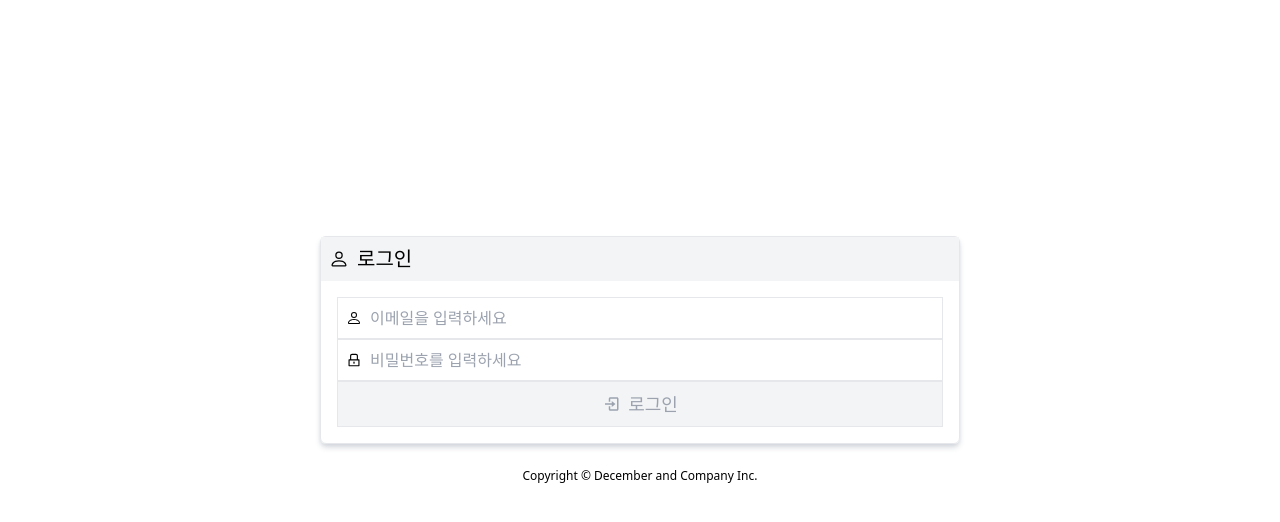
Repository: wanted-pre-onboarding-4/pre-onboarding-assignment-week-4-1-team-4
Page: /login (app in client/)
These files come from the project's save history. The page is drawn as it stood at one moment and after the next save; the edit follows.
The browser window is 1280 px wide. The pictures show the whole page.
The project was rebuilt for these pictures with package versions that can differ from the ones it lists, and the page was loaded fresh each time. Also part of the build but not shown: client/src/components/Footer.jsx, client/src/components/Header.jsx, client/src/components/Sider.jsx, client/src/components/Layout.jsx.

Above is the page before, as saved 2022-09-20 21:22:21.

### client/src/index.js
import React from 'react';
import ReactDOM from 'react-dom/client';
import App from './App';
import "./index.css"
const root = ReactDOM.createRoot(document.getElementById('root'));
root.render(
  <React.StrictMode>
    <App />
  </React.StrictMode>
);

### client/src/App.js
import { BrowserRouter as Router, Routes, Route } from 'react-router-dom';
import Layout from './components/Layout';
import Login from './pages/login/Login';

function App() {
  return (
    <Router>
      <Routes>
        <Route path="/login" element={<Login/>} />
        <Route element={<Layout />}>
          <Route path="/" element={<div>홈</div>} />
          <Route path="/users" element={<div>유저 목록 페이지</div>} />
          <Route path="/users/:user_id" element={<div>유저 상세 페이지</div>} />
          <Route path="/accounts" element={<div>계좌 목록 페이지</div>} />
          <Route path="/accounts/:account_id" element={<div>계좌 상세 페이지</div>} />
          <Route path="*" element={<div>404페이지</div>} />
        </Route>
      </Routes>
    </Router>
  );
}

export default App;

### client/src/index.css
#root{
  display: flex;
  height:100vh;
}

@tailwind base;
@tailwind components;
@tailwind utilities;

### client/src/pages/login/Login.jsx
import React from 'react';
import { BsPerson } from 'react-icons/bs';
import { AiOutlineLock } from 'react-icons/ai';
import { BiLogIn } from 'react-icons/bi';

const Login = () => {
  return (
    <div className='flex flex-col justify-center items-center w-full gap-y-6'>
      <div className='border-solid border-[1px] rounded-md shadow-md shadow-gray-300 w-1/2'>
        <div className="flex items-center justify-start space-x-2 p-2 font-medium text-xl bg-gray-100">
          <BsPerson />
          <h1>로그인</h1>
        </div>
        <form className='p-4'>
          <label className="flex items-center space-x-2 border-solid border-[1px] p-2">
            <BsPerson />
            <input type="email" placeholder="이메일을 입력하세요" className='outline-none' />
          </label>
          <label className="flex items-center space-x-2 border-solid border-[1px] p-2">
            <AiOutlineLock />
            <input type="password" placeholder="비밀번호를 입력하세요" className='outline-none' />
          </label>
          <button
            className="flex items-center justify-center space-x-2 w-full text-lg border-solid border-[1px] p-2 disabled:text-gray-400 disabled:bg-gray-100"
            disabled={true}
          >
            <BiLogIn />
            <span>로그인</span>
          </button>
        </form>
      </div>
        <p className='text-xs'>Copyright © December and Company Inc.</p>
    </div>
  );
};

export default Login;

Loaded but not shown: client/public/index.html (common file); client/tailwind.config.js (common file)

After the next save:
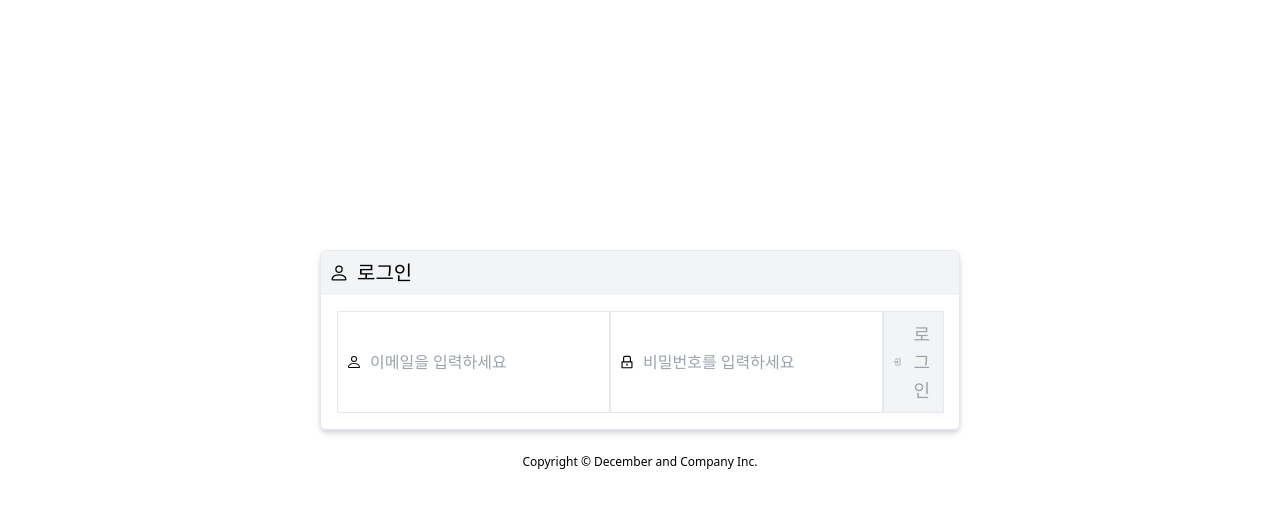
Saved 16 s later.
--- a/client/src/pages/login/Login.jsx
+++ b/client/src/pages/login/Login.jsx
@@ -11,7 +11,7 @@
           <BsPerson />
           <h1>로그인</h1>
         </div>
-        <form className='p-4'>
+        <form className='flex p-4'>
           <label className="flex items-center space-x-2 border-solid border-[1px] p-2">
             <BsPerson />
             <input type="email" placeholder="이메일을 입력하세요" className='outline-none' />

After the 2 saves that followed:
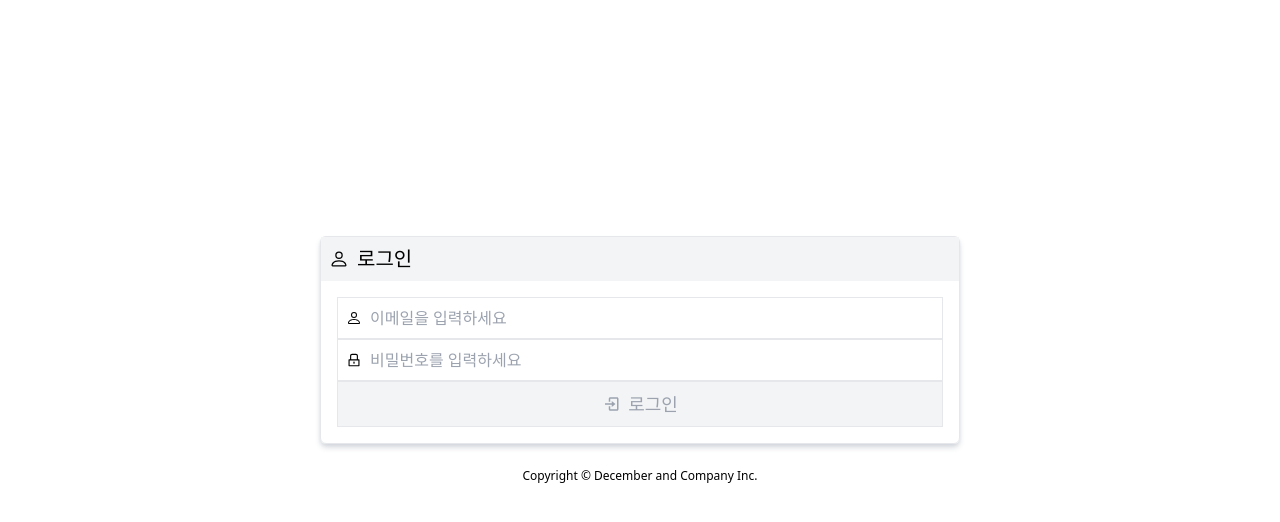
The 2 saves are shown as one change because they came seconds apart.
The last was saved 5 s later.
--- a/client/src/pages/login/Login.jsx
+++ b/client/src/pages/login/Login.jsx
@@ -11,7 +11,7 @@
           <BsPerson />
           <h1>로그인</h1>
         </div>
-        <form className='flex p-4'>
+        <form className='flex flex-col p-4'>
           <label className="flex items-center space-x-2 border-solid border-[1px] p-2">
             <BsPerson />
             <input type="email" placeholder="이메일을 입력하세요" className='outline-none' />
